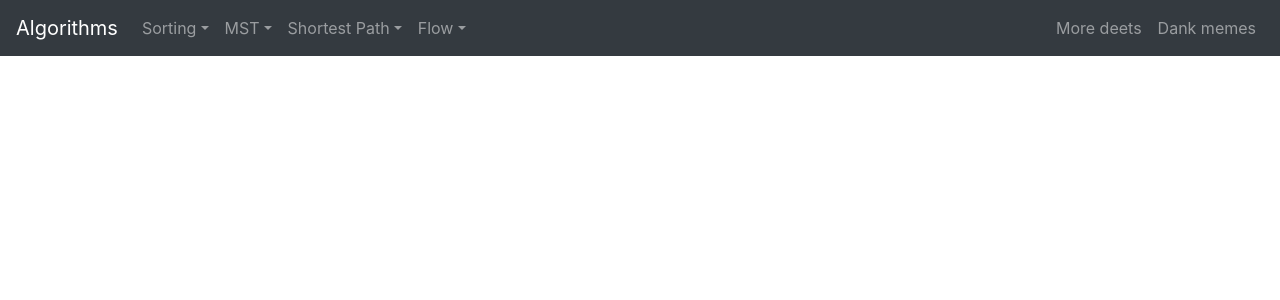
Repository: dkasima1/Algorithm-Visualizations
Page: /
These files come from the project's save history. The page is drawn as it stood at one moment and after the next save; the edit follows.
The browser window is 1280 px wide. The pictures show the whole page.
The project was rebuilt for these pictures with package versions that can differ from the ones it lists, and the page was loaded fresh each time.

Above is the page before, as saved 2020-06-22 13:23:52.

After the next save:
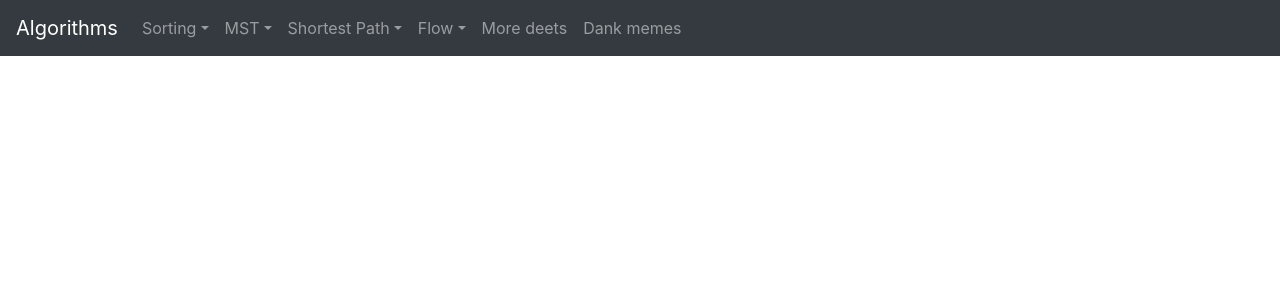
Saved 35 s later.
--- a/src/components/NavigationBar.js
+++ b/src/components/NavigationBar.js
@@ -8,7 +8,7 @@
                 <Navbar.Brand href="#home">Algorithms</Navbar.Brand>
                 <Navbar.Toggle aria-controls="responsive-navbar-nav" />
                 <Navbar.Collapse id="responsive-navbar-nav">
-                    <Nav className="mr-auto">
+                    <Nav className="center">
                     <NavDropdown title="Sorting" id="collasible-nav-dropdown">
                         <NavDropdown.Item href="#action/3.1">Bubble Sort</NavDropdown.Item>
                         <NavDropdown.Item href="#action/3.2">Selection Sort</NavDropdown.Item>

After the save that followed:
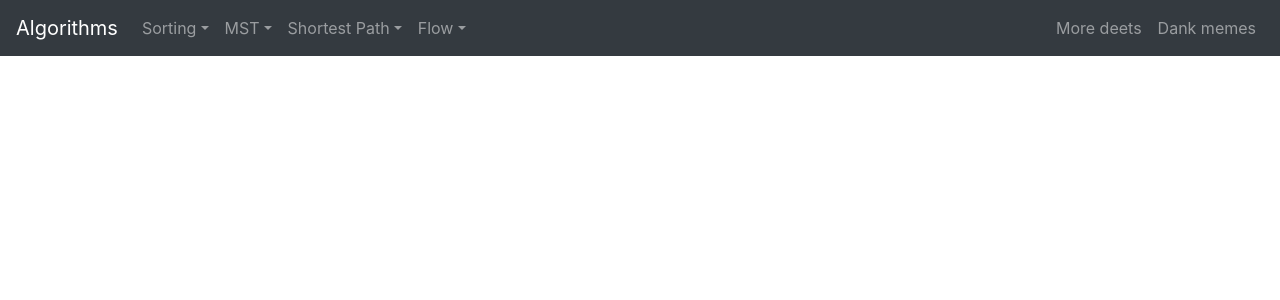
Saved 7 s later.
--- a/src/components/NavigationBar.js
+++ b/src/components/NavigationBar.js
@@ -8,7 +8,7 @@
                 <Navbar.Brand href="#home">Algorithms</Navbar.Brand>
                 <Navbar.Toggle aria-controls="responsive-navbar-nav" />
                 <Navbar.Collapse id="responsive-navbar-nav">
-                    <Nav className="center">
+                    <Nav className="mr-auto">
                     <NavDropdown title="Sorting" id="collasible-nav-dropdown">
                         <NavDropdown.Item href="#action/3.1">Bubble Sort</NavDropdown.Item>
                         <NavDropdown.Item href="#action/3.2">Selection Sort</NavDropdown.Item>
